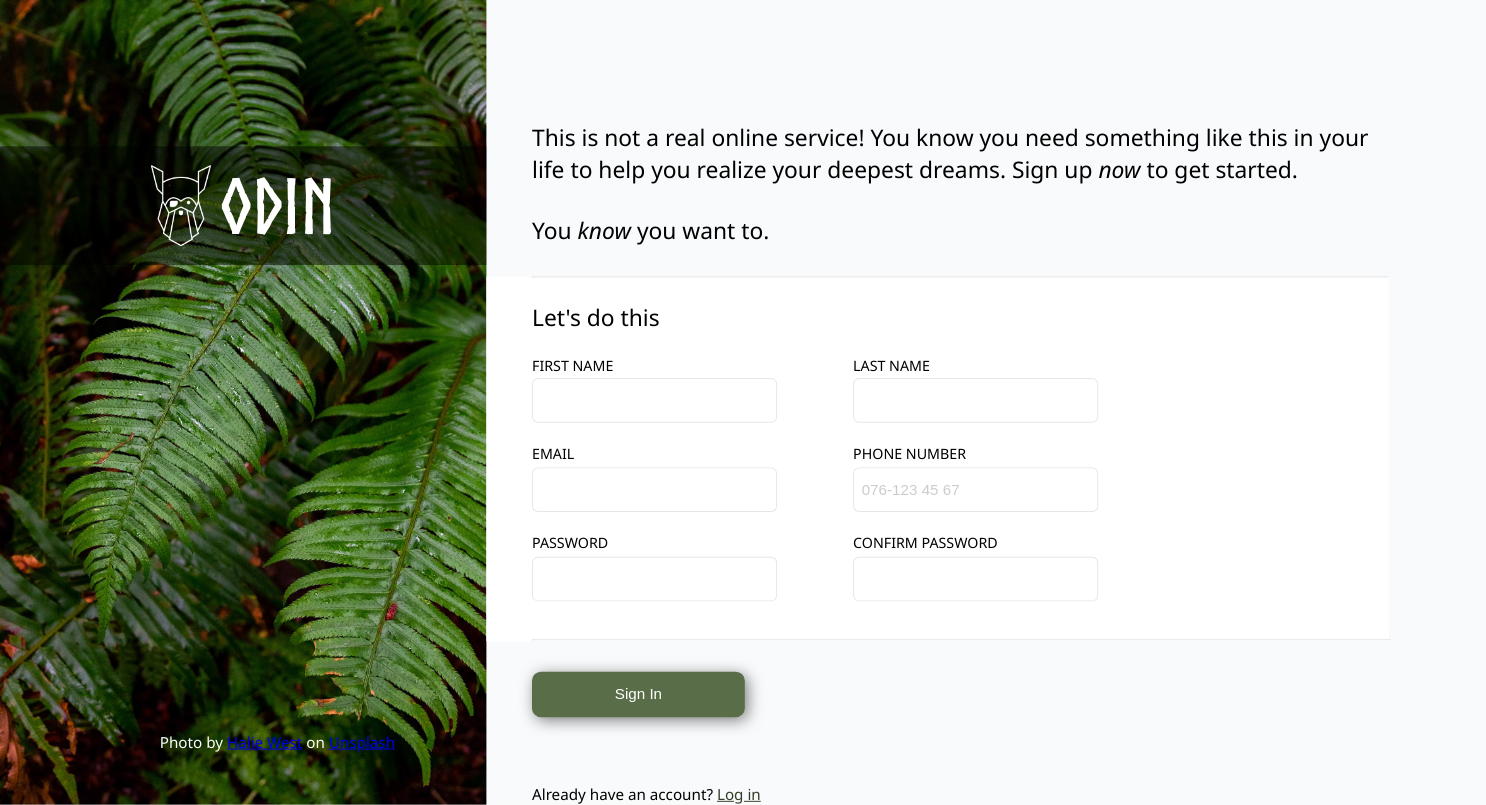
Repository: fed26sto-fundamentals/sign-up-form-odai-dh
Page: index.html
An editor plug-in stored every save of this project. The page is shown before and after a run of saves, followed by the edit.
The browser window is 1280 px wide. The page is 1464 px wide, then 1564 px, so the pictures cover 1564 px, including what lies to the right of the window. The pictures show the whole page, at 95% of full size.

Above is the page before, as saved 2024-10-01 21:21:47.

### index.html
<!DOCTYPE html>
<html lang="en">

<head>
    <meta charset="UTF-8">
    <meta name="viewport" content="width=device-width, initial-scale=1.0">
    <link href="styles.css" rel="stylesheet" />
    <title>Document</title>
</head>

<body>
    <div class="leftSide">
        <div class="odinLogo">
            <img src="/img/odin-lined.png" alt="odin logo">
            <p>ODIN</p>
        </div>
        <div class="leftSideFoot">
            <p>Photo by <a href="https://unsplash.com/@haliewestphoto" target="_blank">Halie West</a> on <a
                    href="https://unsplash.com/" target="_blank">Unsplash</a></p>

        </div>
    </div>
    <div class="rightSide">
        <div class="textR">
            <p>This is not a real online service! You know you need something like this in your life to help you realize
                your deepest dreams. Sign up <em>now</em> to get started.</p>
        </div>
        <div class="textRs">
            <p> You <em>know</em> you want to.</p>
        </div>
        <div class="form">
            <form action="#" class="form">
                <div class="formTitle">
        <hr id="line1">
                    <p>Let's do this</p>
                </div>
                <div class="formStart">
                    <div class="cill1">
                        <div class="firstN">
                            <label for="firstN">FIRST NAME</label>
                            <input type="text" id="firstN" class="required" name="firstName" required>
                            <span class="error-message" aria-live="polite">First Name is required</span>
                        </div>
                        <div class="emailIn">
                            <label for="emailIn">EMAIL</label>
                            <input type="email" id="emailIn" class="required" name="email" required>
                            <span class="error-message" aria-live="polite">Email is required</span>
                        </div>
                        <div class="passwordIn">
                            <label for="passwordIn">PASSWORD</label>
                            <input type="password" id="passwordIn" class="required" name="password" required minlength="8" maxlength="16">
                            <span class="error-message" aria-live="polite">Password must be between 8 and 16 characters.</span>
                        </div>
                    </div>
                    <div class="cill2">
                        <div class="lastN">
                            <label for="lastN">LAST NAME</label>
                            <input type="text" id="lastN" class="required" name="lastName" required>
                            <span class="error-message" aria-live="polite">Last Name is required</span>
                        </div>
                        <div class="nummber">
                            <label for="number">PHONE NUMBER</label>
                            <input type="tel" id="number" class="required" name="phoneNumber" pattern="076-[0-9]{3} [0-9]{2} [0-9]{2}" placeholder="076-123 45 67" required>
                            <span class="error-message" aria-live="polite">Please enter a valid phone number.</span>
                        </div>
                        <div class="passwordCon">
                            <label for="passwordCon">CONFIRM PASSWORD</label>
                            <input type="password" id="passwordCon" class="required" name="confirmPassword" required minlength="8" maxlength="16">
                            <span class="error-message" aria-live="polite">Password do Not match</span>
                        </div>
                    </div>
                </div>
                <hr id="line">
        </div>

        <div class="submtion">
            <button id="forSubmtion"> Sign In</button>
            <div id="forSubmtionError"></div>
            <p>
                Already have an account? <a href="">Log in</a>
            </p>
        </div>
        </form>
    </div>
</body>

</html>

### styles.css
@font-face {
    font-family: 'NorseBold';
    src: url('../fonts/Norse-Bold.otf') format('opentype');

}

body {
    font-family: 'Segoe UI', Tahoma, Geneva, Verdana, sans-serif;
    display: flex;
    align-content: center;
    min-height: 100vh;
    margin: 0;
    padding: 0px;
    height: 100%;
    background-color: #F9FAFB;
    ;

}



.leftSide {
    background: url(/img/green.jpg) no-repeat;
    border: 0;
    width: 40%;
    align-content: center;
    background-size: cover;
    background-position: center;

}

.odinLogo {
    display: flex;
    justify-content: center;
    align-items: center;
    height: 10%;
    padding: 20px;
    gap: 10px;
    background-color: rgba(0, 0, 0, 0.5);
    position: relative;
    top: -25vh;
}

.odinLogo img {
    height: 100%;
}

.odinLogo p {
    color: white;
    font-size: 80px;
    font-family: 'NorseBold', sans-serif;
}


.leftSideFoot {
    display: flex;
    justify-self: center;
    position: relative;
    bottom: -41vh;
    left: 5vh;
}

.leftSideFoot p {
    color: rgb(255, 255, 255);
}

.leftSideFoot a:visited {
    color: rgb(199, 201, 221);
}

.leftSideFoot a:hover {
    color: rgb(187, 131, 239);
    transition: 0.5s;
}




.rightSide {
    display: flex;
    flex-direction: column;
    gap: 2rem;
}


.rightSide>div {
    padding-left: 3rem;
}

.rightSide>div>p {
    margin-top: 0;
    margin-bottom: 0;
}

.textR,
.textRs,
.formTitle {
    font-size: 1.5rem;
}

.textR {
    margin-top: 8rem;
}

.form{
    background-color: rgb(255, 255, 255);
}
.formStart {
    display: flex;
    justify-content: left;
    gap: 5rem;
    flex-wrap: wrap;
}

.formStart div {
    display: flex;
    flex-direction: column;
    gap: 1.4rem;
}

.formStart>div {
    margin-bottom: 2rem;
}

.formStart div div label {
    font-size: 15px;
}

.formStart div div input {
    width: 100%;

}
.formStart div div input:focus {
    border-color: #007BFF;
    box-shadow: 0 0 5px rgba(0, 123, 255, 1);

}
#line1{
    width: 900px;
    opacity: 0.3;
    margin-top: -0.5px;

}
#line{
    width: 100%;
    opacity: 0.3;
    margin-bottom: -0.5px;
}



.error-message {
    display: none;
    color: #d30c34;
    font-size: 12px;
    margin-top: -5px;
}

input:not(:focus):invalid+.error-message {
    display: none;
}

input:invalid+.error-message {
    display: block;
    margin-top: 4px;
}
input:not(:focus):invalid {
    border: 1px solid rgba(128, 128, 128, 0.2); /* Neutraler grauer Rand */
}

input::placeholder {
    color: grey;
    font-size: 16px;
    opacity: 0.4;
}


.formStart div div input {
    height: 1.8rem;
    width: 15rem;
    border: 1px solid #ccc;
    border-radius: 0.4rem;
    outline: none;
    padding: 0.5rem;
    font-size: 18px;
}

.formStart div div {
    display: flex;
    flex-direction: column;
    gap: 0.3rem;
}

.submtion {
    display: flex;
    flex-direction: column;
    gap: 2.2rem
}

.submtion a {
    color: #596D48;
}

.submtion a:visited {
    color: #313d27;
}

#forSubmtion {
    cursor: pointer;
    height: 3rem;
    width: 14rem;
    background-color: #596D48;
    color: white;
    font-size: 16px;
    border: 0px;
    border-radius: 0.6rem;
    box-shadow: 0.2rem 0.2rem 1rem rgba(0, 0, 0, 0.5);
}

After the next 2 saves:
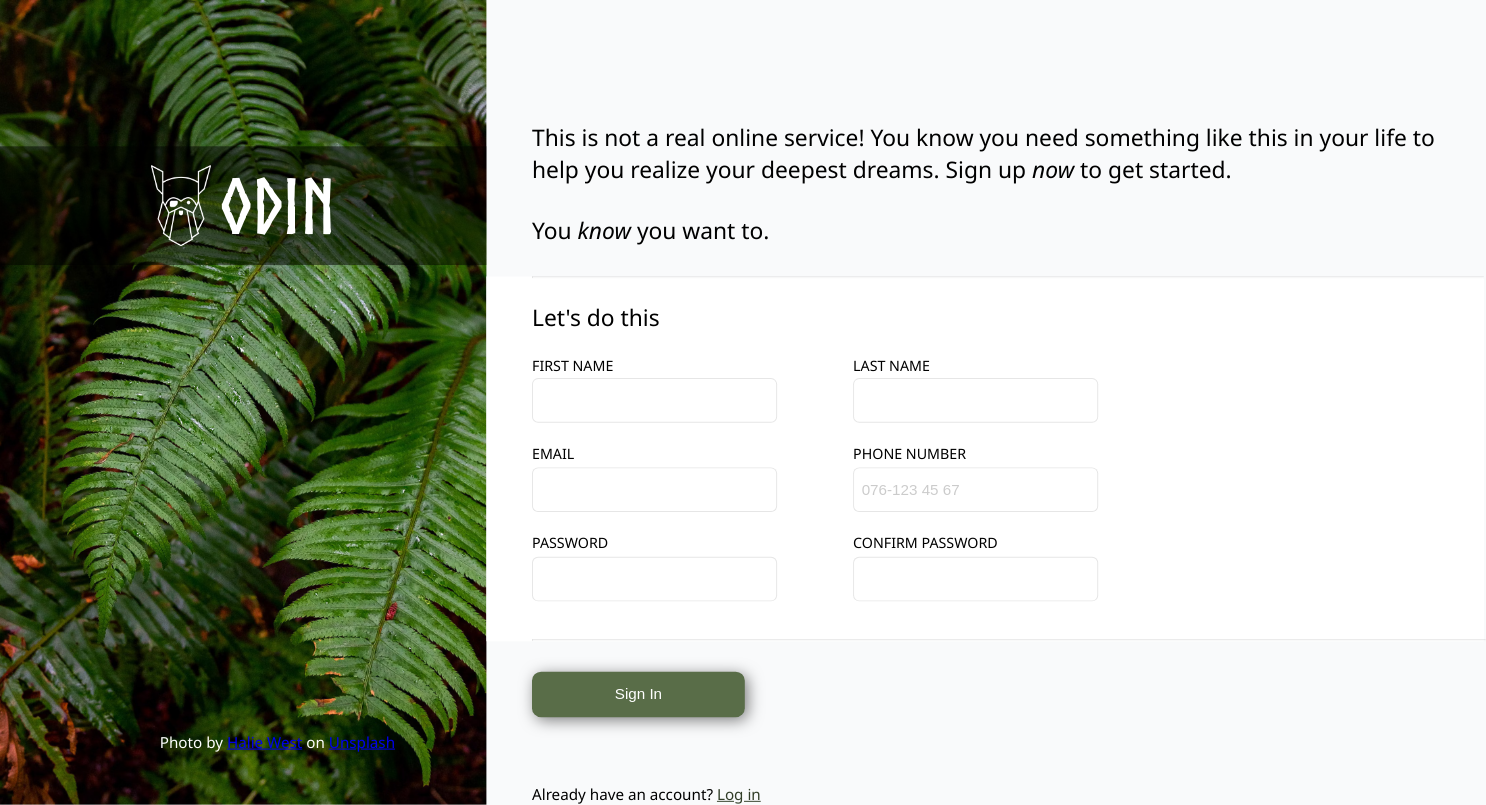
The 2 saves are shown as one change because they came seconds apart.
The last was saved 5 s later.
--- a/styles.css
+++ b/styles.css
@@ -136,7 +136,7 @@ body {
 
 }
 #line1{
-    width: 900px;
+    width: 1000px;
     opacity: 0.3;
     margin-top: -0.5px;
 
